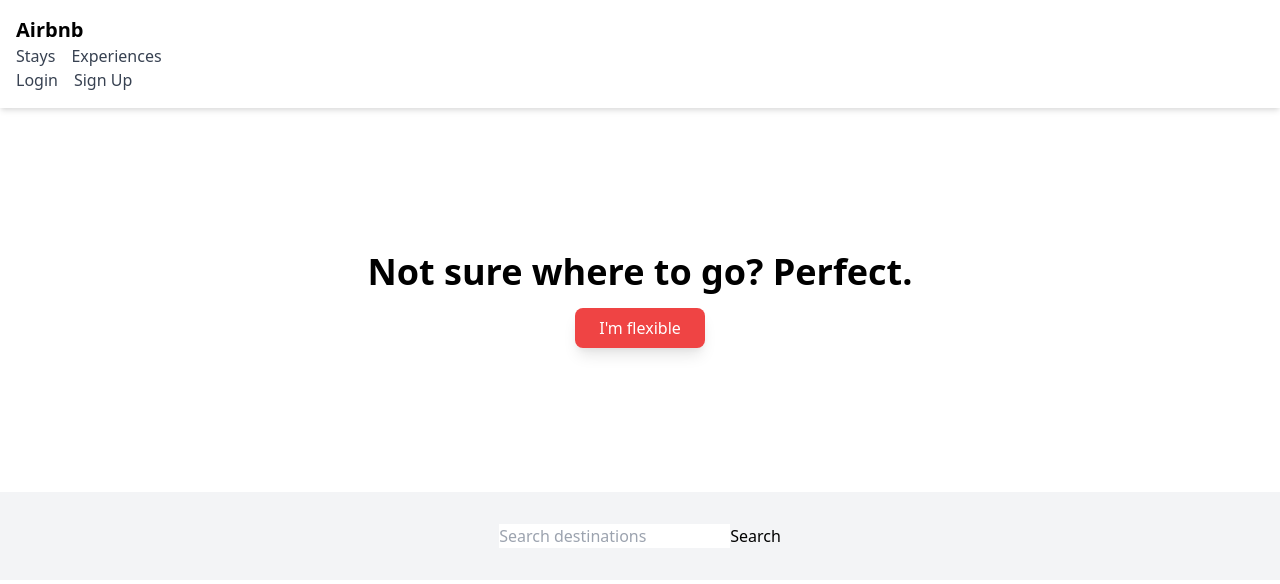
Repository: rmdayberry/Airbnb-Clone
Page: index.html
The author's editor kept a copy of each file at every save. The page is drawn from the files as they stood at one save, then again after the next save.
The browser window is 1280 px wide. The pictures show the part of the page from y = 0 to 584 px (the page is 1024 px tall before and 1042 px after).
A picture or video elsewhere on the page could not be fetched, so the positions and the page height are approximate.

Above is the page before, as saved 2024-08-13 15:13:58.

### index.html
<!DOCTYPE html>
<html lang="en">
  <head>
    <meta charset="UTF-8" />
    <meta name="viewport" content="width=device-width, initial-scale=1.0" />
    <title>Airbnb Clone</title>
    <link
      href="https://cdn.jsdelivr.net/npm/tailwindcss@2.2.19/dist/tailwind.min.css"
      rel="stylesheet"
    />
  </head>
  <body class="font-sans">
    <!-- Navbar -->
    <nav class="lex justify-between items-center p-4 shadow-md bg-white">
      <div class="text-xl font-bold">Airbnb</div>
      <ul class="flex space-x-4">
        <li><a href="#" class="text-gray-700 hover:underline">Stays</a></li>
        <li>
          <a href="#" class="text-gray-700 hover:underline">Experiences</a>
        </li>
      </ul>
      <div class="flex space-x-4">
        <a href="#" class="text-gray-700 hover:underline">Login</a>
        <a href="#" class="text-gray-700 hover:underline">Sign Up</a>
      </div>
    </nav>

    <!-- Hero Section -->

    <header class="bg-cover bg-center h-96">
      <div class="flex flex-col justify-center items-center h-full">
        <h1 class="text-4xl font-bold mb-4">Not sure where to go? Perfect.</h1>
        <button class="bg-red-500 text-white py-2 px-6 rounded-lg shadow-lg">
          I'm flexible
        </button>
      </div>
    </header>

    <!-- Search Bar -->
    <section class="flex justify-center py-8 bg-gray-100">
      <input type="text" placeholder="Search destinations" />
      <button>Search</button>
    </section>

    <!-- Featured Listings -->
    <section class="listings">
      <h2>Featured Destinations</h2>
      <div class="listing">
        <img src="image1.jpeg" alt="Destination 1" />
        <h3>Destination 1</h3>
      </div>
    </section>

    <!-- Footer -->
    <footer>
      <div class="footer-content">
        <p>© 2024 Airbnb, Inc.</p>
        <ul class="footer-links">
          <li><a href="#">Privacy</a></li>
          <li><a href="#">Terms</a></li>
          <li><a href="#">Sitemap</a></li>
        </ul>
      </div>
    </footer>
  </body>
</html>

After the next save:
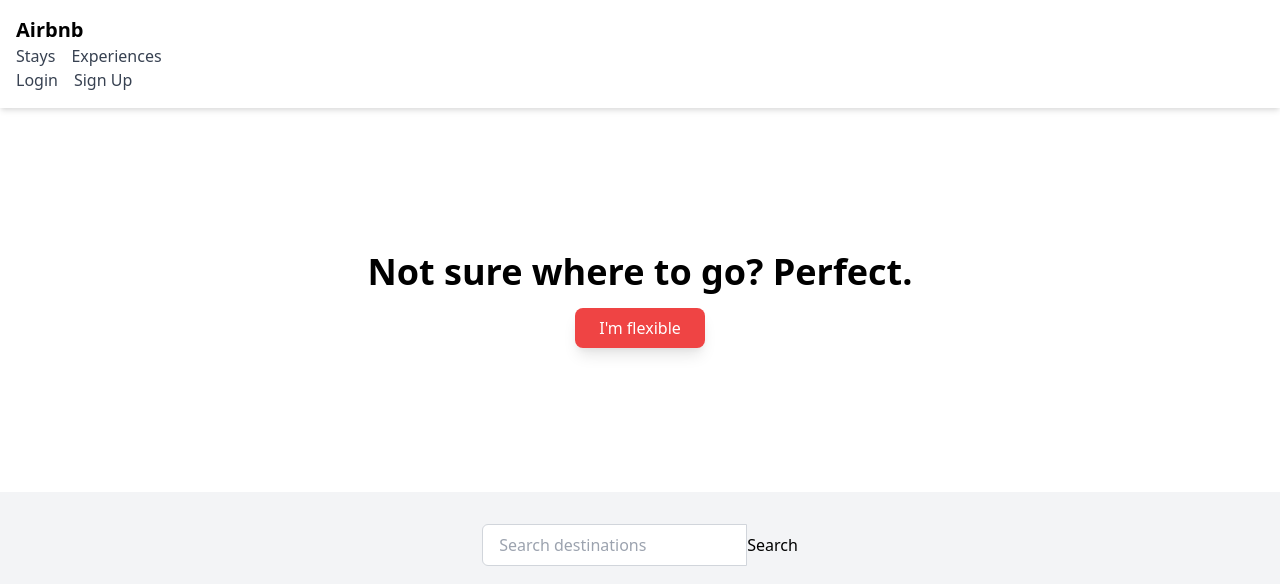
Saved 47 s later.
--- a/index.html
+++ b/index.html
@@ -38,7 +38,11 @@
 
     <!-- Search Bar -->
     <section class="flex justify-center py-8 bg-gray-100">
-      <input type="text" placeholder="Search destinations" />
+      <input
+        type="text"
+        placeholder="Search destinations"
+        class="px-4 py-2 border border-gray-300 rounded-l-md"
+      />
       <button>Search</button>
     </section>
 
